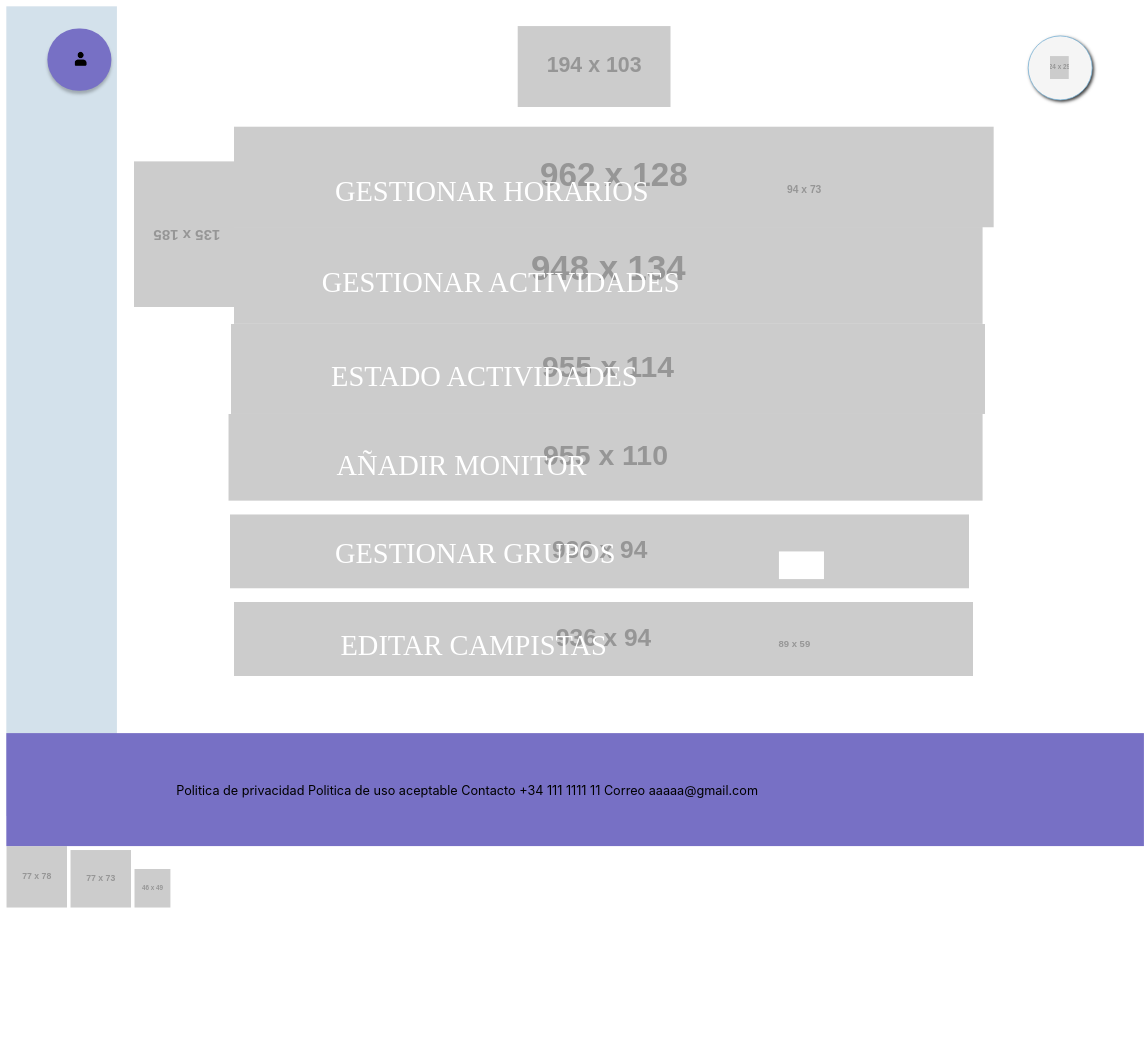
Repository: maariadomiingo/Proyecto-Integrador-Campamento
Page: html/interfaz_coordinador.html
An editor plug-in stored every save of this project. The page is shown before and after the next save, followed by the edit.
The browser window is 1280 px wide. The page is 1448 px wide, so the pictures cover 1448 px, including what lies to the right of the window. The pictures show the whole page, at 79% of full size.

Above is the page before, as saved 2025-01-31 12:03:32.

### html/interfaz_coordinador.html
<div style="width: 1440px; height: 1063px; position: relative; background: white">
    <div style="width: 140px; height: 1025px; left: 0px; top: 0px; position: absolute; background: #D3E1EB"></div>
    <div style="width: 81px; height: 79px; left: 52px; top: 28px; position: absolute; background: #7770C5; box-shadow: 0px 4px 4px rgba(0, 0, 0, 0.25); border-radius: 9999px"></div>
    <img style="width: 20px; height: 21px; left: 84px; top: 56px; position: absolute" src="../img/user.png" />
    <div style="width: 80px; height: 80px; left: 1293px; top: 37px; position: absolute; background: #F5F5F5; box-shadow: 2px 2px 4px rgba(0, 0, 0, 0.75); border-radius: 9999px; border: 1px #7AB3D7 solid"></div>
    <img style="width: 24px; height: 29px; left: 1321px; top: 63px; position: absolute" src="https://via.placeholder.com/24x29" />
    <div style="width: 1440px; height: 143px; left: 0px; top: 920px; position: absolute; background: #7770C5"></div>
    <div style="width: 1009px; left: 215px; top: 982px; position: absolute; color: black; font-size: 16px; font-family: Inter; font-weight: 400; word-wrap: break-word">Politica de privacidad                 Politica de uso aceptable                 Contacto +34 111 1111 11                  Correo aaaaa@gmail.com</div>
    <div style="width: 407px; height: 125px; left: 187px; top: 300px; position: absolute"></div>
    <img style="width: 936px; height: 94px; left: 288px; top: 754px; position: absolute" src="https://via.placeholder.com/936x94" />
    <img style="width: 936px; height: 94px; left: 283px; top: 643px; position: absolute" src="https://via.placeholder.com/936x94" />
    <div style="width: 955px; height: 110px; left: 281px; top: 516px; position: absolute">
      <img style="width: 955px; height: 110px; left: 0px; top: 0px; position: absolute" src="https://via.placeholder.com/955x110" />
      <div style="width: 455px; height: 17.65px; left: 137px; top: 44px; position: absolute; color: white; font-size: 36px; font-family: Montserrat; font-weight: 500; word-wrap: break-word">AÑADIR MONITOR</div>
    </div>
    <div style="width: 955px; height: 114px; left: 284px; top: 402px; position: absolute">
      <img style="width: 955px; height: 114px; left: 0px; top: 0px; position: absolute" src="https://via.placeholder.com/955x114" />
      <div style="width: 533px; height: 18.30px; left: 127px; top: 46.41px; position: absolute; color: white; font-size: 36px; font-family: Montserrat; font-weight: 500; word-wrap: break-word">ESTADO ACTIVIDADES</div>
    </div>
    <div style="width: 948px; height: 134px; left: 288px; top: 268px; position: absolute">
      <img style="width: 948px; height: 134px; left: 0px; top: 0px; position: absolute" src="https://via.placeholder.com/948x134" />
      <div style="width: 566.81px; height: 21.51px; left: 111.19px; top: 61.17px; position: absolute; color: white; font-size: 36px; font-family: Montserrat; font-weight: 500; word-wrap: break-word">GESTIONAR ACTIVIDADES</div>
    </div>
    <img style="width: 135px; height: 185px; left: 296px; top: 381px; position: absolute; transform: rotate(180deg); transform-origin: 0 0" src="https://via.placeholder.com/135x185" />
    <div style="width: 651px; height: 863px; left: 670px; top: 463px; position: absolute"></div>
    <div style="width: 962px; height: 128px; left: 288px; top: 152px; position: absolute">
      <img style="width: 962px; height: 128px; left: 0px; top: 0px; position: absolute" src="https://via.placeholder.com/962x128" />
      <div style="width: 584.25px; height: 20.54px; left: 127.93px; top: 60.84px; position: absolute; color: white; font-size: 36px; font-family: Montserrat; font-weight: 500; word-wrap: break-word">GESTIONAR HORARIOS</div>
      <img style="width: 93.68px; height: 73.48px; left: 674.91px; top: 44.25px; position: absolute" src="https://via.placeholder.com/94x73" />
    </div>
    <img style="width: 194px; height: 103px; left: 647px; top: 25px; position: absolute" src="https://via.placeholder.com/194x103" />
    <img style="width: 89px; height: 59px; left: 953px; top: 778px; position: absolute" src="https://via.placeholder.com/89x59" />
    <div style="width: 100px; height: 100px; left: 646px; top: 210px; position: absolute"></div>
    <div style="width: 455px; height: 60px; left: 423px; top: 788px; position: absolute; color: white; font-size: 36px; font-family: Montserrat; font-weight: 500; word-wrap: break-word">EDITAR CAMPISTAS</div>
    <div style="width: 455px; height: 17.65px; left: 416px; top: 672px; position: absolute; color: white; font-size: 36px; font-family: Montserrat; font-weight: 500; word-wrap: break-word">GESTIONAR GRUPOS</div>
    <div style="width: 69px; height: 70px; padding-left: 5.75px; padding-right: 5.75px; padding-top: 17.50px; padding-bottom: 17.50px; left: 966px; top: 655px; position: absolute; flex-direction: column; justify-content: center; align-items: center; display: inline-flex">
      <div style="width: 57.50px; height: 35px; background: white"></div>
    </div>
  </div>
  <img style="width: 77px; height: 78px" src="https://via.placeholder.com/77x78" />
  <img style="width: 77px; height: 73px" src="https://via.placeholder.com/77x73" />
  <img style="width: 46px; height: 49px" src="https://via.placeholder.com/46x49" />

After the next save:
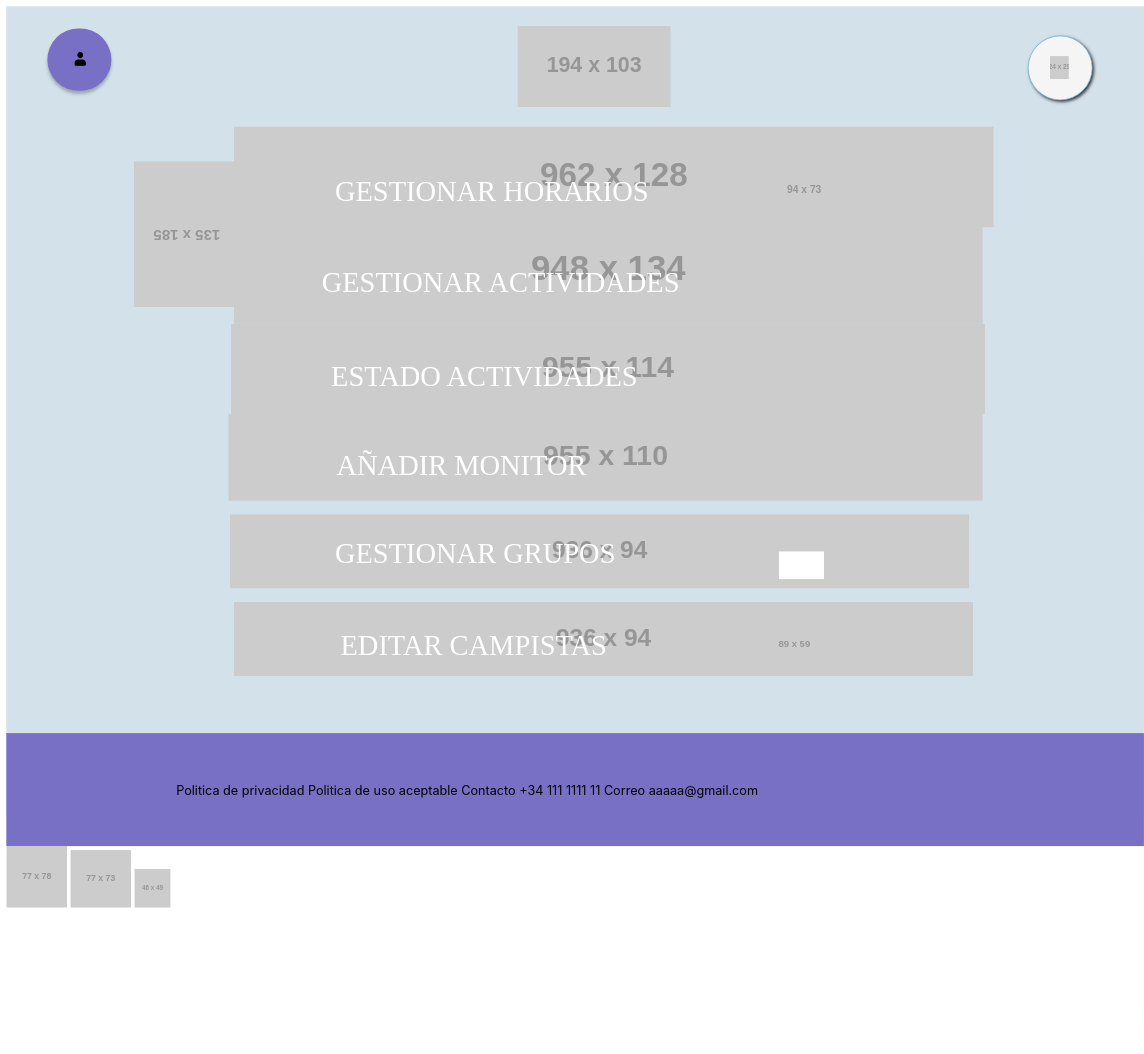
Saved 16 s later.
--- a/html/interfaz_coordinador.html
+++ b/html/interfaz_coordinador.html
@@ -1,7 +1,7 @@
 <div style="width: 1440px; height: 1063px; position: relative; background: white">
-    <div style="width: 140px; height: 1025px; left: 0px; top: 0px; position: absolute; background: #D3E1EB"></div>
+    <div style="width: 1440px; height: 1025px; left: 0px; top: 0px; position: absolute; background: #D3E1EB"></div>
     <div style="width: 81px; height: 79px; left: 52px; top: 28px; position: absolute; background: #7770C5; box-shadow: 0px 4px 4px rgba(0, 0, 0, 0.25); border-radius: 9999px"></div>
-    <img style="width: 20px; height: 21px; left: 84px; top: 56px; position: absolute" src="../img/user.png" />
+    <img style="width: 19px; height: 21px; left: 84px; top: 56px; position: absolute" src="../img/user.png" />
     <div style="width: 80px; height: 80px; left: 1293px; top: 37px; position: absolute; background: #F5F5F5; box-shadow: 2px 2px 4px rgba(0, 0, 0, 0.75); border-radius: 9999px; border: 1px #7AB3D7 solid"></div>
     <img style="width: 24px; height: 29px; left: 1321px; top: 63px; position: absolute" src="https://via.placeholder.com/24x29" />
     <div style="width: 1440px; height: 143px; left: 0px; top: 920px; position: absolute; background: #7770C5"></div>
